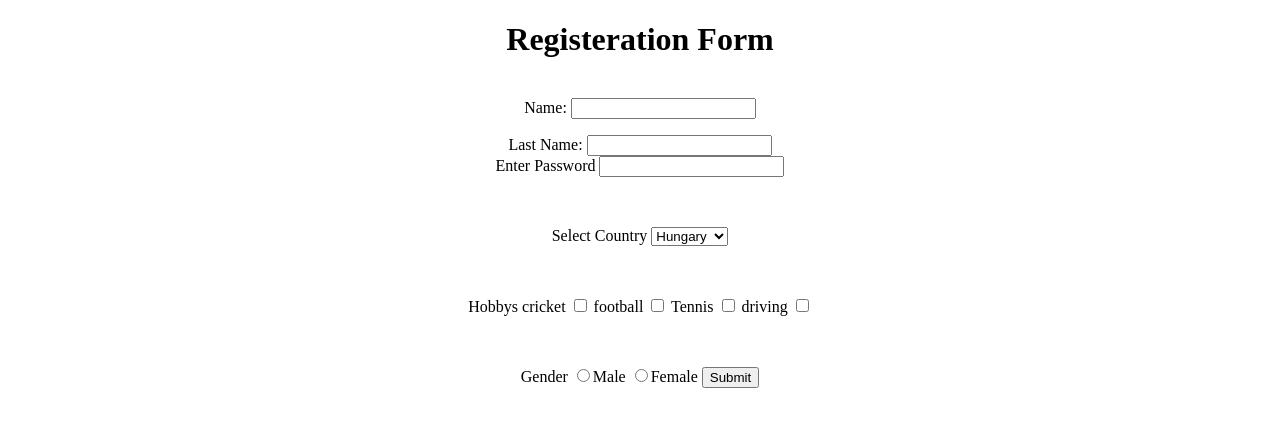
Repository: DevKhanHassam/SpringMvc
Page: http://localhost/formPractice/WEB-INF/views/form.jsp
An editor plug-in stored every save of this project. The page is shown before and after the next save, followed by the edit.
The browser window is 1280 px wide. The pictures show the whole page.
The page is served by Tomcat 9. Nobody is signed in. Other server files are loaded and not shown. The template is opened directly, without the code that normally fills it, so the values that code supplies are empty.

Above is the page before, as saved 2024-05-18 14:54:46.

### formPractice/src/main/webapp/WEB-INF/views/form.jsp
<%@ page language="java" contentType="text/html; charset=UTF-8"
	pageEncoding="UTF-8"%>
<%@ taglib uri="http://www.springframework.org/tags/form" prefix="form"%>
<!DOCTYPE html>
<html>
<head>
<meta charset="UTF-8">
<title>Registeration Form</title>

<style type="text/css">
.error{

	color: red;
	position: fixed;
	text-align: left;
	margin-left: 4px;
	margin-bottom: 4px;
	}

</style>



</head>
<body>
	<div align="center">
		<h1>Registeration Form</h1>

		<br>

		<form:form action="userDetails" method="get"
			modelAttribute="userDetails">
			<label for="firstName">Name:</label>
			<form:input id="firstName" path="firstName" />
			<form:errors path="firstName" cssClass="error" ></form:errors>

			<p>
			<div></div>


			<label for="lastName">Last Name:</label>
			<form:input id="lasttName" path="lastName" />

			<br>
			<div></div>
			<label for="password">Enter Password</label>
			<form:password id="password" path="password" />

			<p>
			<br>
			<div></div>

			<label for="country">Select Country</label>
			<form:select id="country" path="country">
				<form:option value="Hungary" label="Hungary"></form:option>
				<form:option value="Germany" label="Germany"></form:option>
				<form:option value="Russia" label="Russia"></form:option>
			</form:select>


			<p>
			<br>
			<div></div>

			<label>Hobbys</label>
		     cricket <form:checkbox path="hobby" value="cricket" />
		     football <form:checkbox path="hobby" value="football" />
		     Tennis <form:checkbox path="hobby" value="Tennis" />
		     driving <form:checkbox path="hobby" value="driving" />

		     <p>
		     <br>
		     <div></div>

		     <label>Gender</label>
		     <form:radiobutton label="Male" value="Male" path="gender"/>
		      <form:radiobutton label="Female" value="female" path="gender"/>

		      <input type="submit">

		</form:form>

	</div>
</body>
</html>

After the next save:
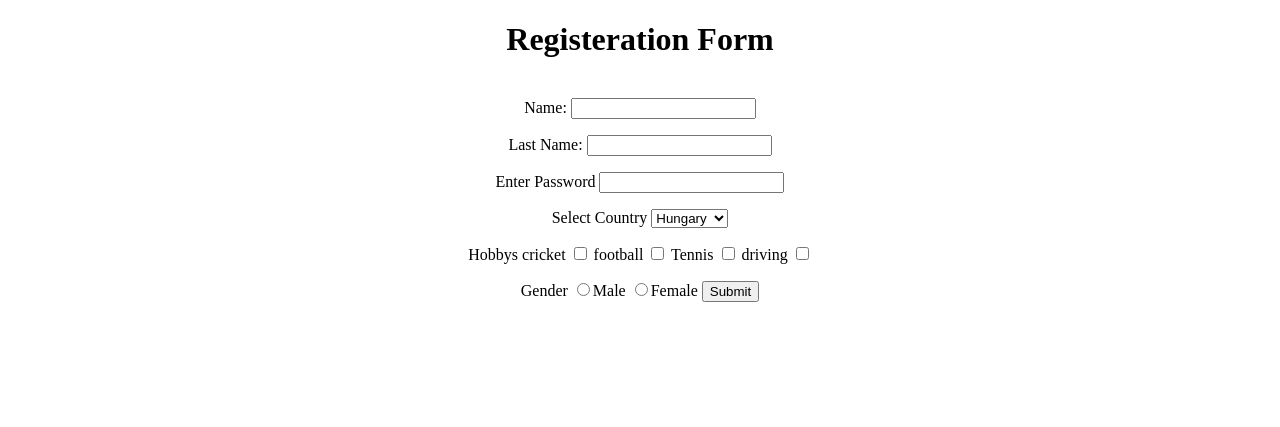
Saved 54 s later.
--- a/formPractice/src/main/webapp/WEB-INF/views/form.jsp
+++ b/formPractice/src/main/webapp/WEB-INF/views/form.jsp
@@ -35,20 +35,17 @@
 			<form:errors path="firstName" cssClass="error" ></form:errors>
 
 			<p>
-			<div></div>
 
 
 			<label for="lastName">Last Name:</label>
 			<form:input id="lasttName" path="lastName" />
 
-			<br>
-			<div></div>
+			<p>
 			<label for="password">Enter Password</label>
 			<form:password id="password" path="password" />
 
 			<p>
-			<br>
-			<div></div>
+
 
 			<label for="country">Select Country</label>
 			<form:select id="country" path="country">
@@ -59,8 +56,7 @@
 
 
 			<p>
-			<br>
-			<div></div>
+
 
 			<label>Hobbys</label>
 		     cricket <form:checkbox path="hobby" value="cricket" />
@@ -69,8 +65,6 @@
 		     driving <form:checkbox path="hobby" value="driving" />
 
 		     <p>
-		     <br>
-		     <div></div>
 
 		     <label>Gender</label>
 		     <form:radiobutton label="Male" value="Male" path="gender"/>
